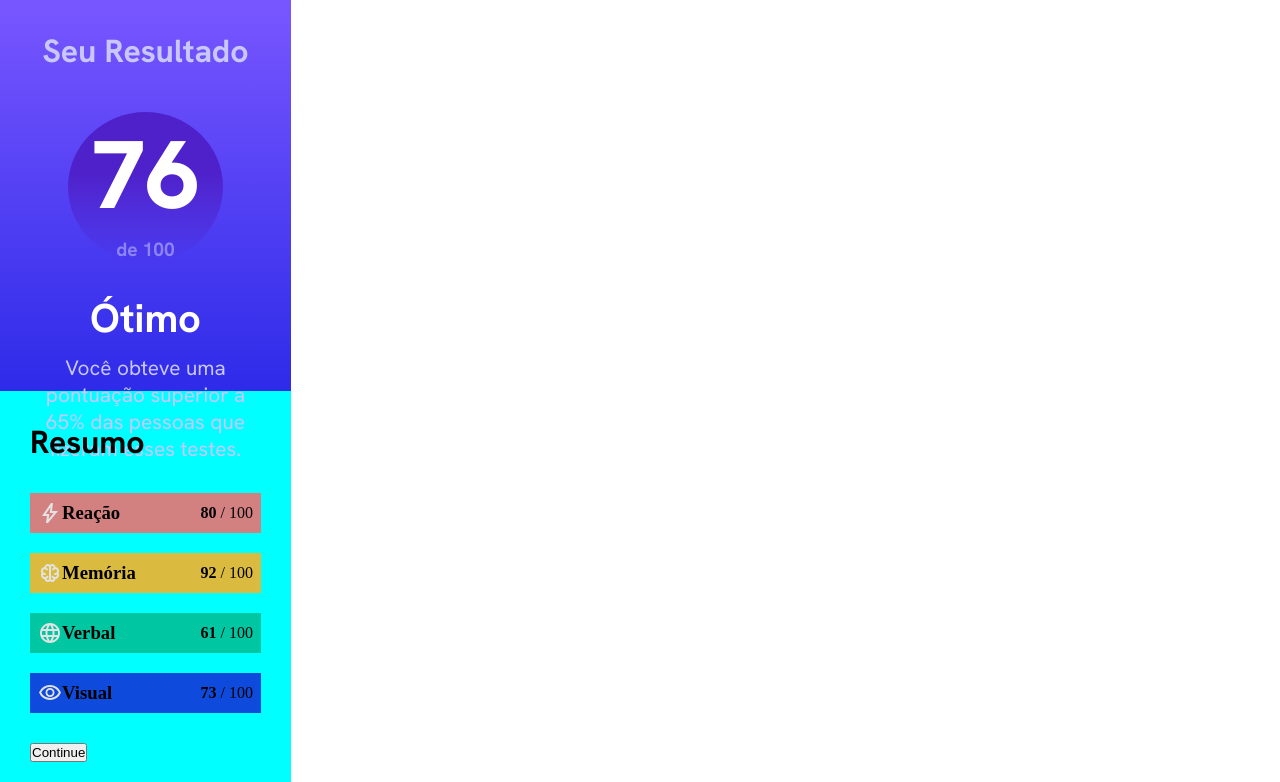
Repository: caique2512/resumo-de-resultados
Page: index.html
An editor plug-in stored every save of this project. The page is shown before and after a run of saves, followed by the edit.
The browser window is 1280 px wide. The pictures show the whole page.

Above is the page before, as saved 2026-03-10 17:41:53.

After the next 2 saves:
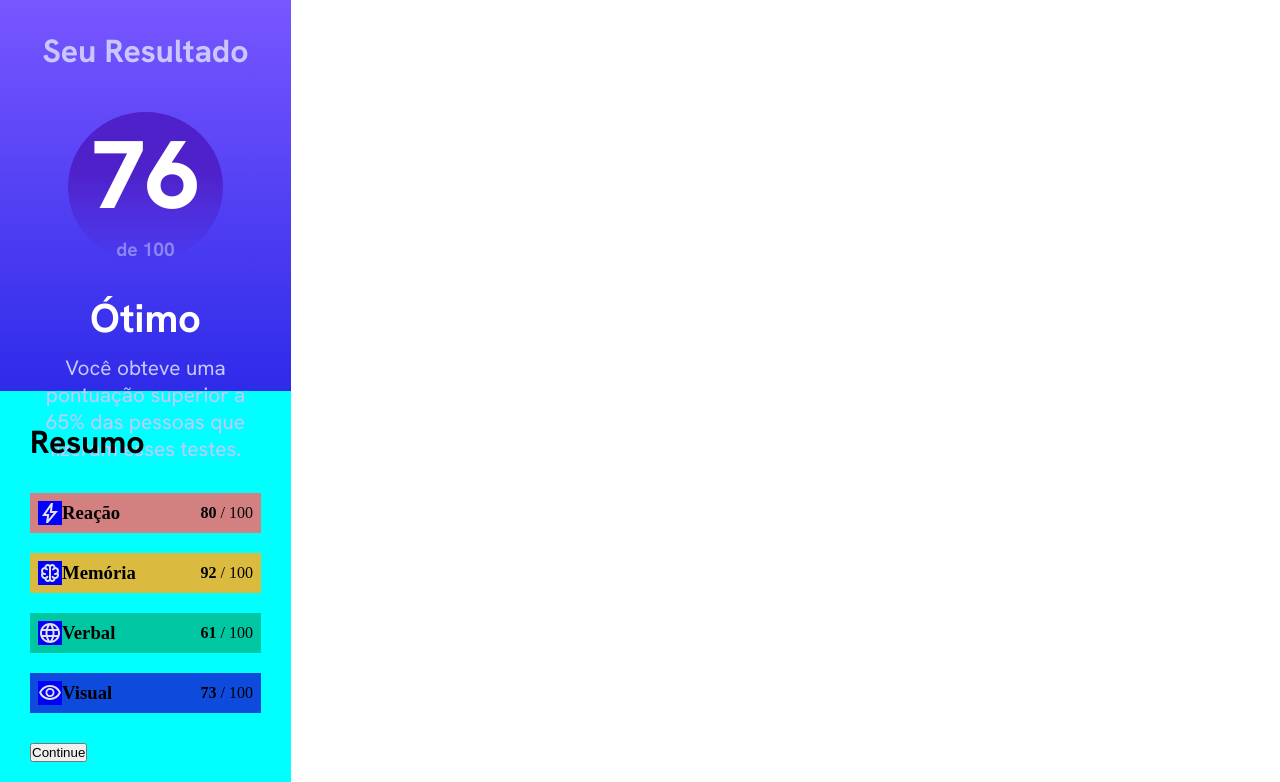
The 2 saves are shown as one change because they came seconds apart.
The last was saved 7 s later.
--- a/src/css/estilos.css
+++ b/src/css/estilos.css
@@ -133,5 +133,5 @@
 }
 
 .resultado .classes img {
-    color: blue;
+    background-color: blue;
 }

After the save that followed:
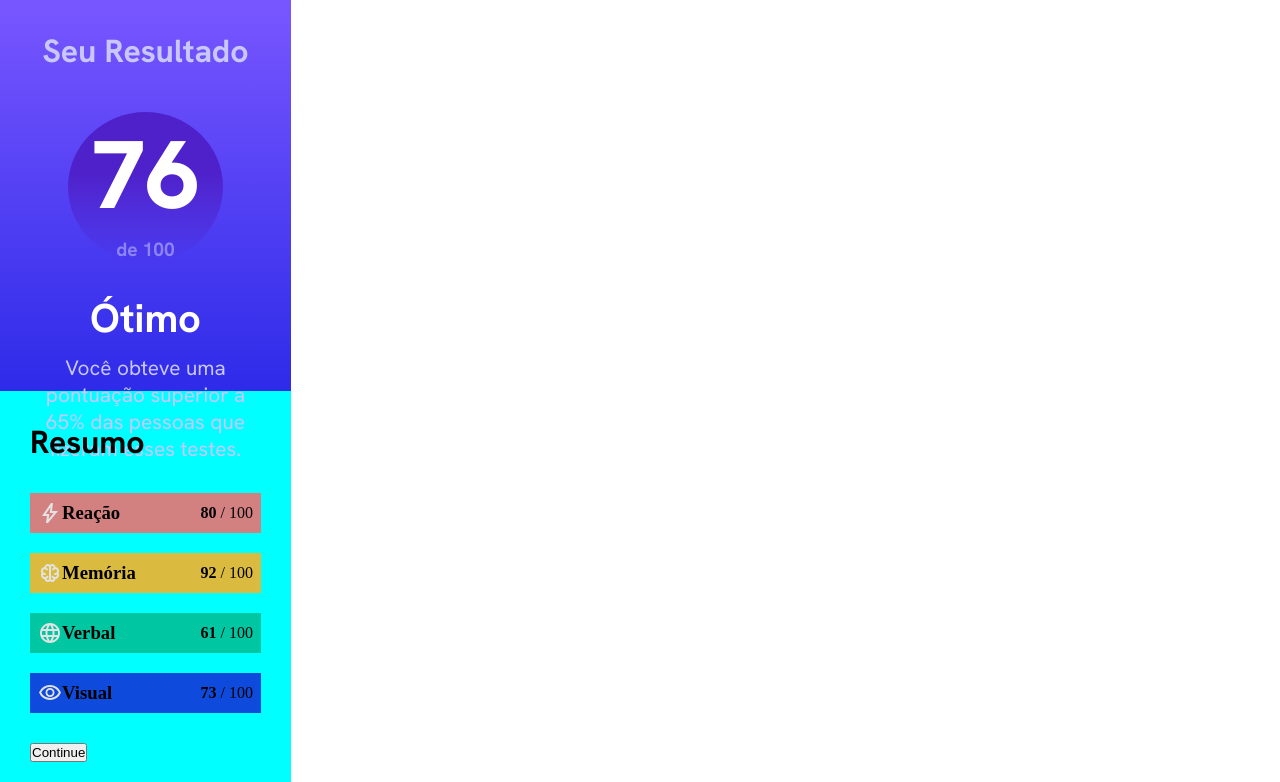
Saved 8 s later.
--- a/src/css/estilos.css
+++ b/src/css/estilos.css
@@ -133,5 +133,5 @@
 }
 
 .resultado .classes img {
-    background-color: blue;
+    color: blue;
 }
